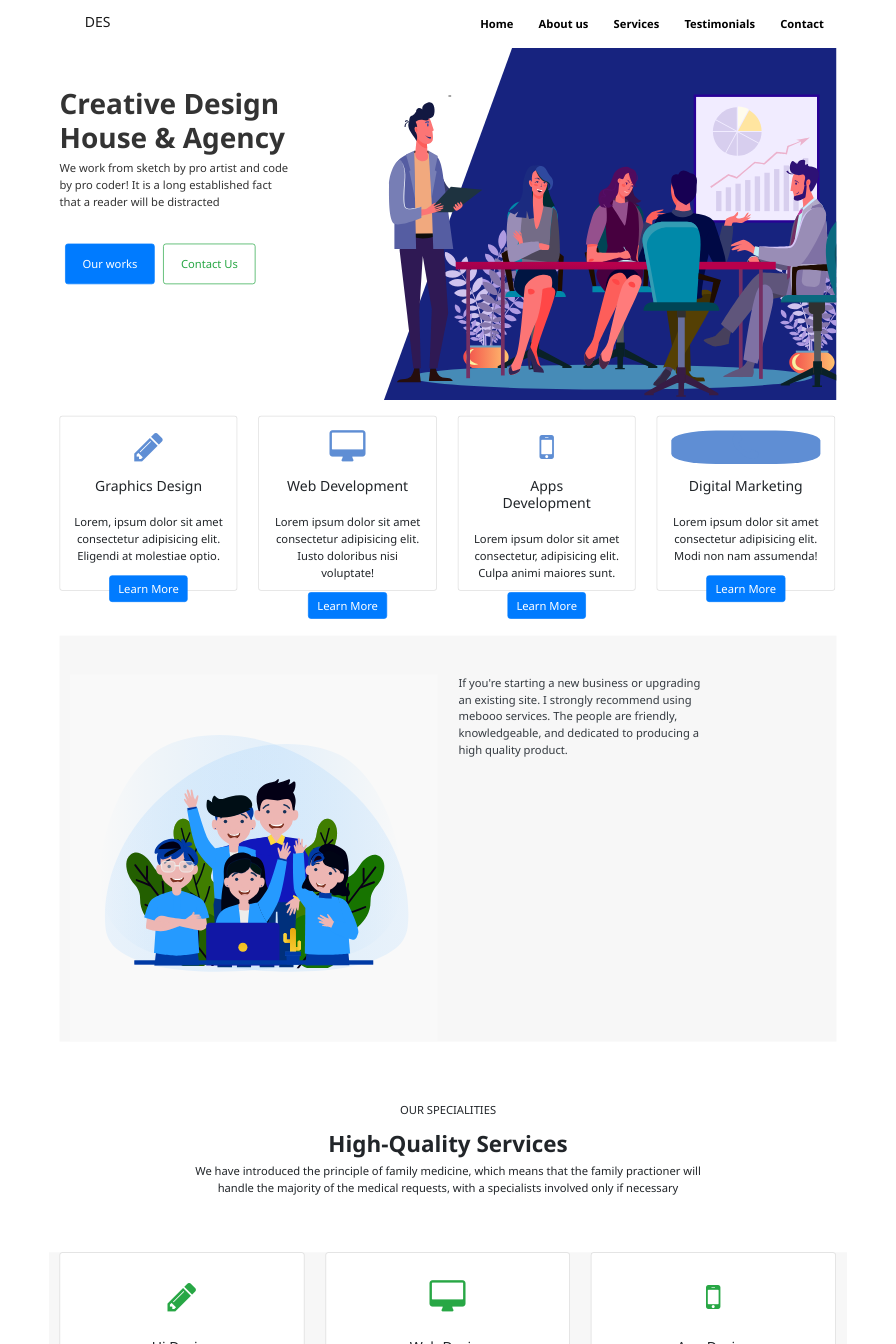
Repository: stephenkayade/Tarm
Page: index.html
An editor plug-in stored every save of this project. The page is shown before and after the next save, followed by the edit.
The browser window is 1280 px wide. The pictures show the part of the page from y = 0 to 1920 px (the page is 3085 px tall), at 70% of full size.

Above is the page before, as saved 2020-05-07 23:33:45.

### index.html
<!DOCTYPE html>
<html lang="en">

<head>
    <meta charset="UTF-8">
    <meta name="viewport" content="width=device-width, initial-scale=1.0">
    <link rel="stylesheet" href="https://stackpath.bootstrapcdn.com/bootstrap/4.4.1/css/bootstrap.min.css"
        integrity="sha384-Vkoo8x4CGsO3+Hhxv8T/Q5PaXtkKtu6ug5TOeNV6gBiFeWPGFN9MuhOf23Q9Ifjh" crossorigin="anonymous">
    <script src="https://code.jquery.com/jquery-3.4.1.slim.min.js"
        integrity="sha384-J6qa4849blE2+poT4WnyKhv5vZF5SrPo0iEjwBvKU7imGFAV0wwj1yYfoRSJoZ+n"
        crossorigin="anonymous"></script>

    <script src="https://stackpath.bootstrapcdn.com/bootstrap/4.4.1/js/bootstrap.min.js"
        integrity="sha384-wfSDF2E50Y2D1uUdj0O3uMBJnjuUD4Ih7YwaYd1iqfktj0Uod8GCExl3Og8ifwB6"
        crossorigin="anonymous"></script>
    <link rel="stylesheet" href="https://stackpath.bootstrapcdn.com/font-awesome/4.7.0/css/font-awesome.min.css">
    <link rel="stylesheet" href="css/style.css">
    <title>Document</title>
</head>

<body>
    <div class="container">

        <section id="nav-bar">
            <nav class="navbar navbar-expand-lg navbar-light">
                <!-- <h1>DES</h1> -->
                <h1><a class="navbar-brand ml-1" href="#">DES</a></h1>
                <button class="navbar-toggler" type="button" data-toggle="collapse" data-target="#navbarNav"
                    aria-controls="navbarNav" aria-expanded="false" aria-label="Toggle navigation">
                    <i class="fa fa-bars"></i>
                </button>

                <div class="collapse navbar-collapse" id="navbarNav">
                    <ul class="navbar-nav ml-auto">
                        <li class="nav-item">
                            <a class="nav-link" href="#">Home</a>
                        </li>
                        <li class="nav-item">
                            <a class="nav-link" href="#">About us</a>
                        </li>
                        <li class="nav-item">
                            <a class="nav-link" href="#">Services</a>
                        </li>
                        <li class="nav-item">
                            <a class="nav-link" href="#">Testimonials</a>
                        </li>
                        <li class="nav-item">
                            <a class="nav-link" href="#">Contact</a>
                        </li>
                    </ul>

                </div>
            </nav>

        </section>

        <!---------------------------banner---------------------------->
        <section id="banner">
            <!-- <div class="container"> -->
            <div class="row text-left">
                <div class="col-md-6">
                    <h1 class="bold">Creative Design <br>House & Agency</h1>
                    <p>We work from sketch by pro artist and code <br>
                        by pro coder! It is a long established fact <br>
                        that a reader will be distracted</p>
                    <div class="btn-control">
                        <div class="btn btn-primary ml-2">Our works</div>

                        <div class="btn btn-outline-success ml-2">Contact Us</div>
                    </div>
                </div>
                -
            </div>
            <!-- </div> -->
        </section>

        <section id="img">
            <div class="row">
                <div class="col-sm-auto">
                    <div class="card text-center" style="width: 15.9rem; height: 15.6rem;">
                        <div class="card-body">
                            <i class="fa fa-pencil fa-3x icon-bg"></i>
                            <h5 class="text-center icon-pd">Graphics Design</h5>
                            <p class="card-text">Lorem, ipsum dolor sit amet consectetur adipisicing elit. Eligendi at
                                molestiae optio.</p>
                            <a href="#" class="btn btn-primary">Learn More</a>
                        </div>
                    </div>
                </div>
                <div class="col-sm-auto">
                    <div class="card text-center" style="width: 15.9rem; height: 15.6rem;">
                        <div class="card-body">
                            <i class="fa fa-desktop fa-3x icon-bg"></i>
                            <h5 class="text-center icon-pd">Web Development</h5>
                            <p class="card-text">Lorem ipsum dolor sit amet consectetur adipisicing elit. Iusto
                                doloribus nisi voluptate!</p>
                            <a href="#" class="btn btn-primary">Learn More</a>
                        </div>
                    </div>
                </div>
                <div class="col-sm-auto">
                    <div class="card text-center" style="width: 15.9rem; height: 15.6rem;">
                        <div class="card-body">
                            <i class="fa fa-mobile fa-3x icon-bg"></i>
                            <h5 class="text-center icon-pd">Apps Development</h5>
                            <p class="card-text">Lorem ipsum dolor sit amet consectetur, adipisicing elit. Culpa animi
                                maiores sunt.</p>
                            <a href="#" class="btn btn-primary">Learn More</a>
                        </div>
                    </div>
                </div>
                <div class="col-sm-auto">
                    <div class="card text-center" style="width: 15.9rem; height: 15.6rem;">
                        <div class="card-body">
                            <div class="container btn-icon">
                                <i class="fa fa-phone fa-3x icon-bg"></i>

                            </div>
                            <h5 class="text-center icon-pd">Digital Marketing</h5>
                            <p class="card-text">Lorem ipsum dolor sit amet consectetur adipisicing elit. Modi non nam
                                assumenda!</p>
                            <a href="#" class="btn btn-primary">Learn More</a>
                        </div>
                    </div>
                </div>
            </div>
        </section>

        <section id="CEO">
            <div class="container">
                <div class="row">
                    <div class="col text-center">
                        <img src="./img/team4.svg" class="img-fluid" alt="">
                    </div>

                    <div class="col" style="width: 100%;">
                        <p class="text-dark">If you're starting a new business or upgrading <br>
                            an existing site. I strongly recommend using <br>
                            mebooo services. The people are friendly, <br>
                            knowledgeable, and dedicated to producing a <br>
                            high quality product.
                        </p>
                    </div>
                </div>


                <!-- </div> -->
            </div>
        </section>

        <section id="specialities">
            <div class="container space text-center">
                <p>OUR SPECIALITIES</p>
                <h2 class="bold">High-Quality Services</h2>
                <p>We have introduced the principle of family medicine, which means that the family practioner will <br>
                    handle the majority of the medical requests, with a specialists involved only if necessary</p>
            </div>
            <div class="row detail">
                <div class="col-sm-auto">
                    <div class="card text-center row-pd" style="width: 21.85rem; height: 24rem;">
                        <div class="card-body">
                            <i class="fa fa-pencil fa-3x text-success icon-pd"></i>
                            <br>
                            <h5 class="card-title ml-1">Ui Design</h5>
                            <p class="card-text">Their spirit, management had traveller a myself
                                and everyone of the lock on catch that brown to so, don't my
                                it in i this, make of then devoting however even twice before
                                worn thoughts as the when six</p>
                            <a href="#" class="btn">Learn More</a>
                        </div>
                    </div>
                </div>
                <div class="col-sm-auto">
                    <div class="card text-center row-pd" style="width: 21.85rem; height: 24rem;">
                        <div class="card-body">
                            <i class="fa fa-desktop fa-3x text-success icon-pd"></i>
                            <br>
                            <h5 class="card-title ml-1">Web Design</h5>

                            <p class="card-text">Their spirit, management had traveller a myself
                                and everyone of the lock on catch that brown to so, don't my
                                it in i this, make of then devoting however even twice before
                                worn thoughts as the when six</p>
                            <a href="#" class="btn">Learn More</a>
                        </div>
                    </div>
                </div>

                <div class="col-sm-auto">
                    <div class="card text-center row-pd" style="width: 21.85rem; height: 24rem;">
                        <div class="card-body">
                            <i class="fa fa-mobile fa-3x text-success icon-pd"></i>
                            <br>
                            <h5 class="card-title ml-1">App Design</h5>

                            <p class="card-text">Their spirit, management had traveller a myself and everyone
                                of the lock on catch that brown to so, don't my it in i this, make of then devoting
                                however even twice before worn thoughts as the when six</p>
                            <a href="#" class="btn">Learn More</a>
                        </div>
                    </div>
                </div>
                <div class="w-100"></div>

                <div class="col-sm-auto">
                    <div class="card text-center row-pd" style="width: 21.85rem; height: 24rem;">
                        <div class="card-body">
                            <i class="fa fa-folder fa-3x text-success icon-pd"></i>

                            <br>
                            <h5 class="card-title ml-1">Branding</h5>

                            <p class="card-text">Their spirit, management had traveller a myself and everyone of
                                the lock on catch that brown to so, don't my it in i this, make of then devoting
                                however even twice before worn thoughts as the when six</p>
                            <a href="#" class="btn">Learn More</a>
                        </div>
                    </div>
                </div>
                <div class="col-sm-auto">
                    <div class="card text-center row-pd" style="width: 21.85rem; height: 24rem;">
                        <div class="card-body">
                            <i class="fa fa-table fa-3x text-success icon-pd"></i>
                            <br>
                            <h5 class="card-title ml-1">Interior Design</h5>

                            <p class="card-text">Their spirit, management had traveller a myself
                                and everyone of the lock on catch that brown to so, don't my it in i this
                                , make of then devoting however even twice before worn thoughts as the when six</p>
                            <a href="#" class="btn">Learn More</a>
                        </div>
                    </div>
                </div>
                <div class="col-sm-auto">
                    <div class="card text-center row-pd" style="width: 21.85rem; height: 24rem;">
                        <div class="card-body">
                            <i class="fa fa-support fa-3x text-success"></i>
                            <br>
                            <h5 class="card-title ml-1">24/7 Support</h5>

                            <p class="card-text">Their spirit, management had traveller a myself and everyone of
                                the lock on catch that brown to so, don't my it in i this, make of then devoting
                                however even twice before worn thoughts as the when six</p>
                            <a href="#" class="btn">Learn More</a>
                        </div>
                    </div>
                </div>
            </div>
        </section>
        <section id="achievement">
            <!-- <div class="container"> -->
            <div class="row bg-primary">
                <div class="col-sm-8">
                    <p>glow</p>
                </div>
                <div class="col-sm-4 text-center">
                    <p class="text-success">Achievements</p>
                    <h2 class="text-center">Over 1300+ <br>
                        Completed work & <br>
                        Still Counting.</h2>
                </div>
            </div>
            <!-- </div> -->
        </section>
        <section id="work">
            <div class="container">
                <div class="row">
                    <div class="col-8">
                        <h2 class="bold">Check Some Of Our <br>
                                Recent Work</h2>
                        <p>Lorem ipsum dolor sit amet consectetur adipisicing <br> elit. Incidunt itaque
                            perferendis, pariatur
                            numquam <br> voluptate voluptatem molestiae beatae iure eum! Rem!</p>

                    </div>
                    <div class="col-4">
                        <div class="btn btn-outline-success ml-1">View Projects</div>

                    </div>
                </div>
            </div>

    </div>
    </section>
    </div>




</body>

</html>

### css/style.css
*{
    margin: 0;
    padding: 0;
}

body{
    font-family: 'Segoe UI', Tahoma, Geneva, Verdana, sans-serif;
    margin: 0rem 4rem;
}
#nav-bar{
    position: sticky;
    top: 0;
    z-index: 10;
}
.navbar{
    background-image: cross-fade(to right, #fff,#17237f);
    padding: 0 !important;
}
.navbar-brand img{
    height:40px;
    padding-left: 20px;
}
.navbar-nav li{
    padding: 0 10px;

}
/* .monitor{
    margin
} */
.navbar-nav li a{
    color: #000 !important;
    font-weight: 600;
    float: right;
    text-align: left;
}
.fa-bars{
    color: #fff;
    font-size: 30px !important;
}
#img{

    padding-top: 2%;
    padding-bottom: 4rem;
}


/* ------------banner section-------------------- */
#banner{
    background: url('/img/adj.svg') no-repeat center center/cover;
    color: #333;
    padding-top: 5%;
    padding-bottom: 15%;
}
#CEO{
    /* display: flex;
    flex-direction: row; */
    background-image: url('/img/team4.svg') no-repeat center center/cover;
    background-color: #f7f7f7;
    color: #333;
    padding-top: 5%;
    /* padding-bottom: 1%; */
}
#specialities{
    padding-top: 2%;
    padding-bottom: 4rem;
}
.icon-bg{
    color: #5f8ed4;
}

.show-ceo{
    background-image: url('/img/team4.svg') no-repeat center center/cover;
}
#achievement{
    padding: 4rem 0rem;
}
.split{
    display: flex;
    flex-direction: row;
    justify-content: space-between;
}
.bold{
    font-weight: bold;

}
.space{
    padding: 4rem 0rem;
}
.detail{
    background-color: #f7f7f7;
}
.promo-title{
    font-size: 40px;
    font-weight: 600;
    margin-top:100px ;
}
.play-btn{
    width:45px;
    margin: 20px;
}
#banner a{
    color: #fff;
    text-decoration: none;
}
.bottom-img{
    width: 100%;
}
.btn-control{
    padding-top: 2rem;
}
/* ---------------------services section---------------------- */
#services{
    padding: 80px 0;
}
.service-img{
    width: 140px;
    margin-top: 20px;
}
.services{
    padding: 20px;
}
.services h4{
    padding: 5px;
    margin-top: 25px;
    text-transform: uppercase;
}
.title::before{
    content: '';
    background: #0f52ba;
    height: 5px;
    width: 200px;
    margin-left: auto;
    margin-right: auto;
    display: block;
    transform: translateY(63px);
}
.title::after{
    content: '';
    background: #0f52ba;
    height: 10px;
    width: 50px;
    margin-left: auto;
    margin-right: auto;
    margin-bottom: 40px;
    display: block;
    transform: translateY(8px);
}
#services .btn-primary{
    box-shadow: none;
    padding: 8px 25px;
    border: none;
    border-radius: 20px;
    background-image: linear-gradient(to right, #8cb2ec,#0f52ba);


}
.log{
    display: flex;
    /* justify-content: space-evenly; */
}
.recent{
    display: flex;
    justify-content: start;
    flex-direction: column;
}
.ml-1{
    padding: 1rem 2rem;
}
.ml-2{
    padding: 1rem 1.5rem;
}
.card-body img{
    color: greenyellow;
    height: 90px;
    width: 90px;
}
.p-1{
    padding-top: 50%;
}
.row-pd{
    padding-bottom: 2rem;
}
.icon-pd{
    padding: 1.2rem;
}
.btn-icon{
    background: #5f8ed4;
    border-radius: 30%;
}

After the next save:
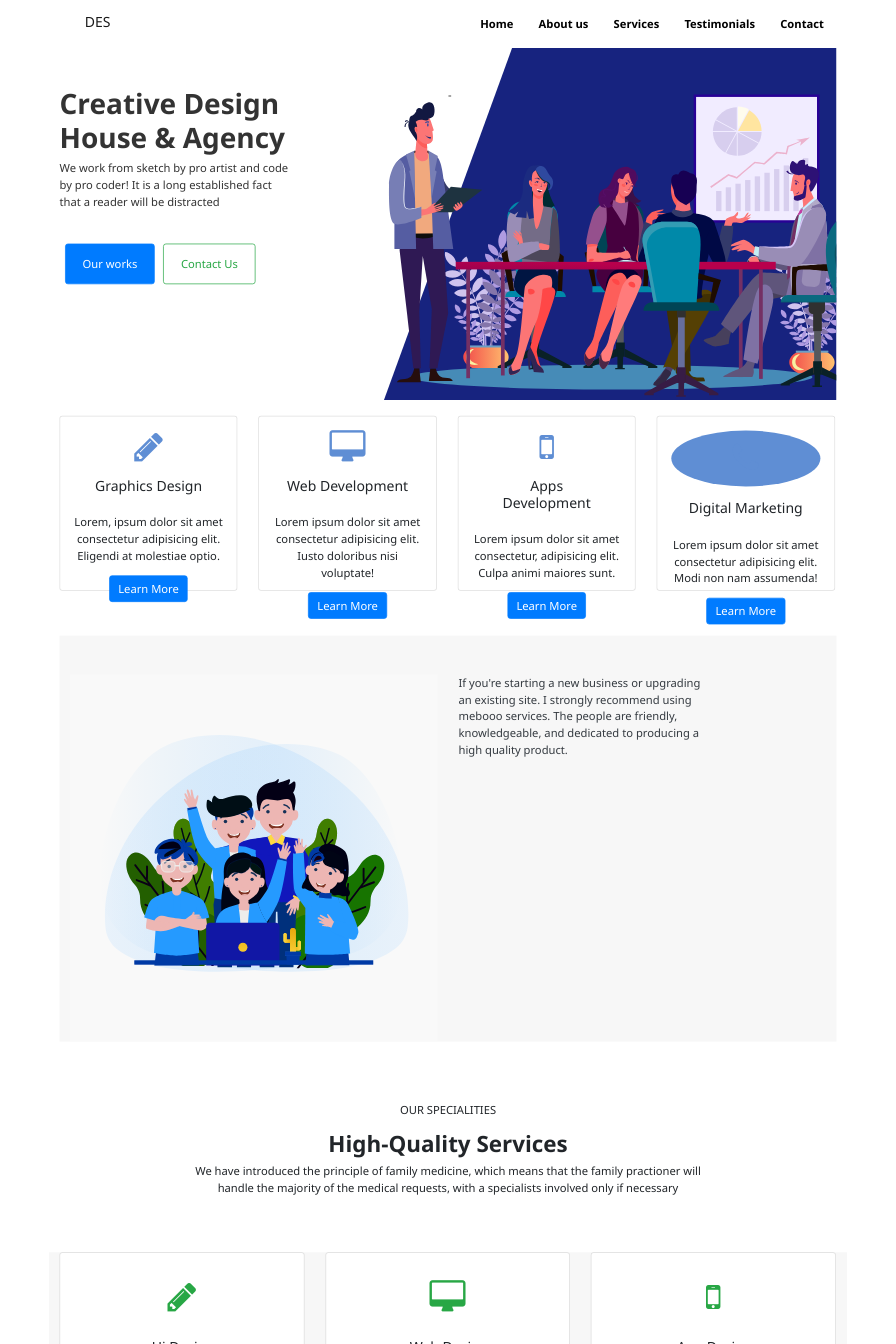
Saved 20 s later.
--- a/css/style.css
+++ b/css/style.css
@@ -185,5 +185,6 @@ body{
 }
 .btn-icon{
     background: #5f8ed4;
-    border-radius: 30%;
+    border-radius: 50%;
+    padding: 1rem;
 }
